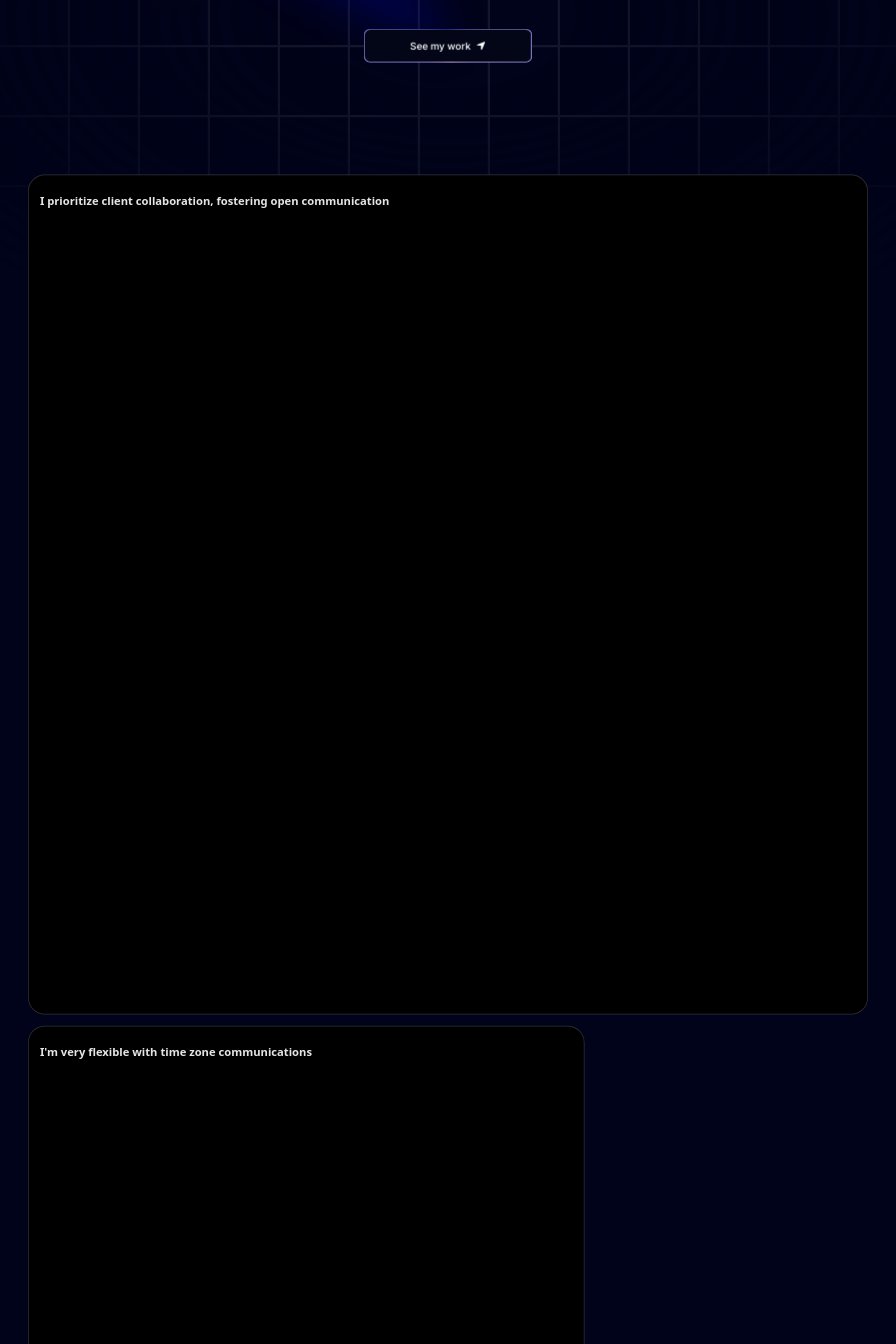
Repository: iharshitjaiswal/next_portfolio
Page: /
The author's editor kept a copy of each file at every save. The page is drawn from the files as they stood at one save, then again after the next save.
The browser window is 1280 px wide. The pictures show the part of the page from y = 335 to 2255 px (the page is 4217 px tall), at 70% of full size.
The project was rebuilt for these pictures with package versions that can differ from the ones it lists, and the page was loaded fresh each time. The framework's server and built-in components were replaced by stand-ins that run in the browser. Also part of the build but not shown: next.config.mjs.

Above is the page before, as saved 2024-05-25 11:50:49.

After the next save:
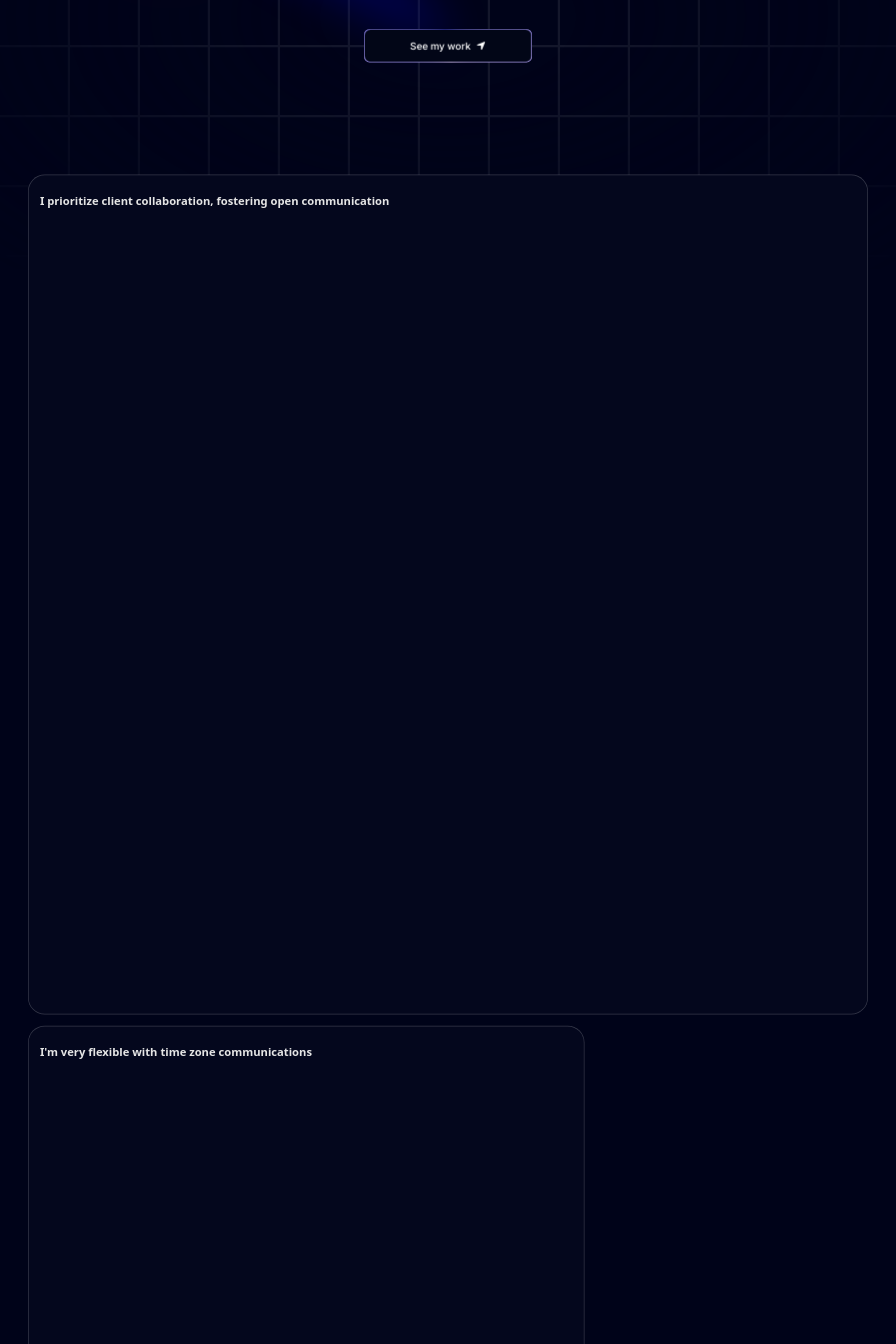
Saved 6 min 34 s later.
--- a/components/ui/BentoGrid.tsx
+++ b/components/ui/BentoGrid.tsx
@@ -23,27 +23,33 @@
   className,
   title,
   description,
-  header,
-  icon,
   id,
+  img,
+  imgClassName,
+  titleClassName,
+  spareImg,
 }: {
   className?: string;
   title?: string | React.ReactNode;
   description?: string | React.ReactNode;
-  header?: React.ReactNode;
-  icon?: React.ReactNode;
   id?: number;
+  img?: string;
+  imgClassName?: string;
+  titleClassName?: string;
+  spareImg?: string;
 }) => {
   return (
     <div
       className={cn(
-        "row-span-1 relative rounded-3xl group/bento hover:shadow-xl transition duration-200 shadow-input dark:shadow-none p-4 dark:bg-black dark:border-white/[0.2] bg-white border border-transparent justify-between flex flex-col space-y-4 border-red-500",
+        "row-span-1 relative rounded-3xl group/bento hover:shadow-xl transition duration-200 shadow-input dark:shadow-none p-4 dark:bg-black dark:border-white/[0.2] bg-white border border-transparent justify-between flex flex-col space-y-4 ",
         className
       )}
+      style={{
+        background: "rgb(4,7,29)",
+        backgroundColor: "gradient...",
+      }}
     >
-      {header}
       <div className="group-hover/bento:translate-x-2 transition duration-200">
-        {icon}
         <div className="font-sans font-bold text-neutral-600 dark:text-neutral-200 mb-2 mt-2">
           {title}
         </div>
